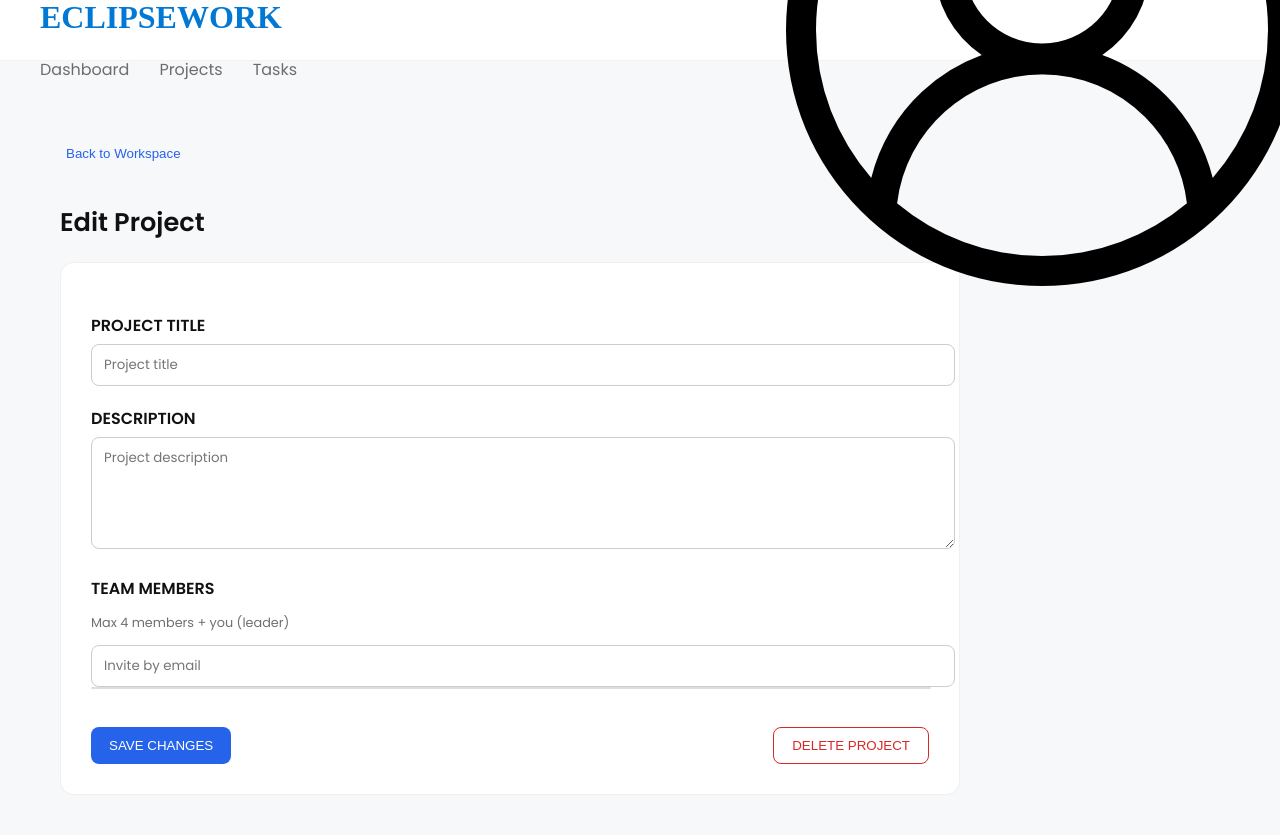
Repository: lynaannou/work-management-app
Page: src/main/resources/ressources/view/edit-project.html
These files come from the project's save history. The page is drawn as it stood at one moment and after the next save; the edit follows.
The browser window is 1280 px wide. The pictures show the whole page.
Some web fonts or font styles are not loaded; a fallback is used.

Above is the page before, as saved 2025-12-25 15:26:16.

After the next save:
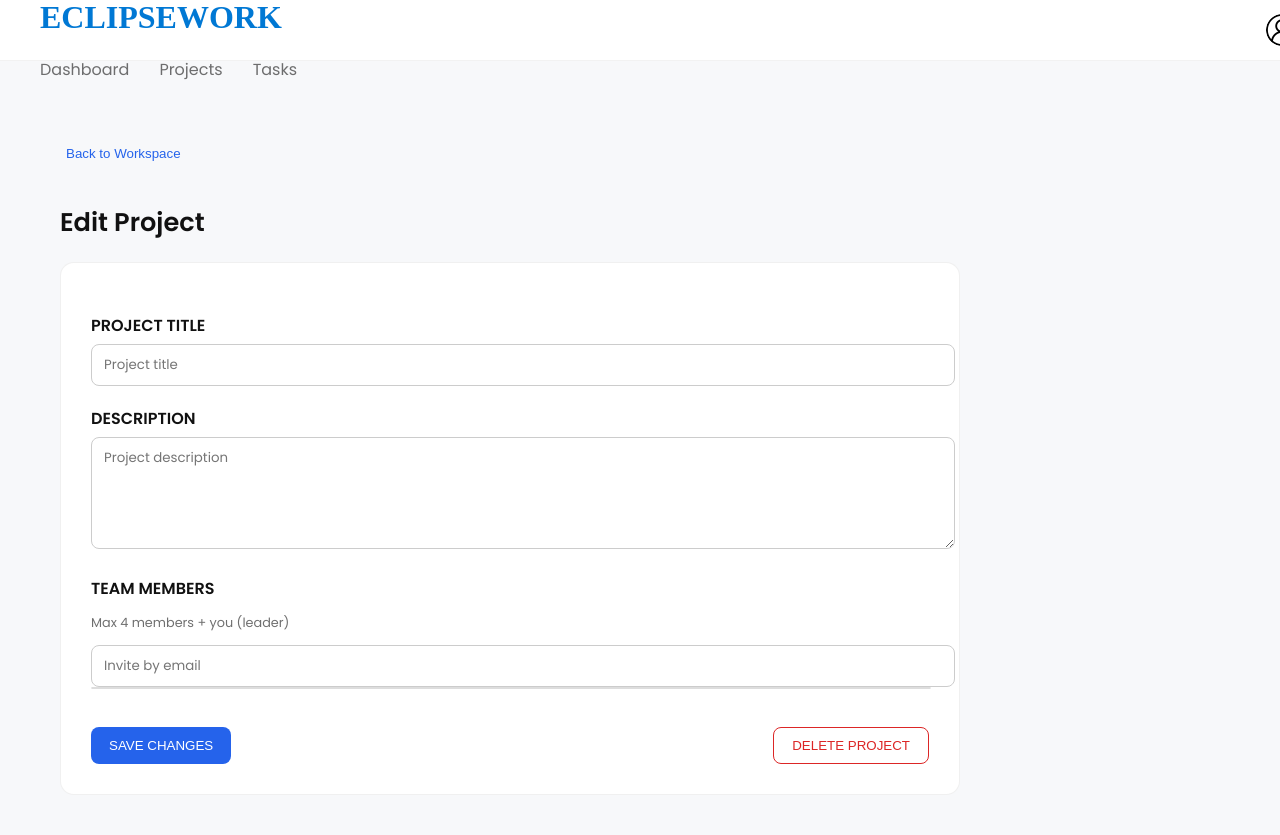
Saved 7 min 39 s later.
--- a/src/main/resources/ressources/view/edit-project.css
+++ b/src/main/resources/ressources/view/edit-project.css
@@ -50,6 +50,13 @@ nav a {
     padding: 40px 60px;
     max-width: 900px;
 }
+.user-icon {
+    width: 32px;
+    height: 32px;
+    border-radius: 50%;
+    object-fit: cover;
+}
+
 
 .page-title {
     font-size: 1.6rem;
